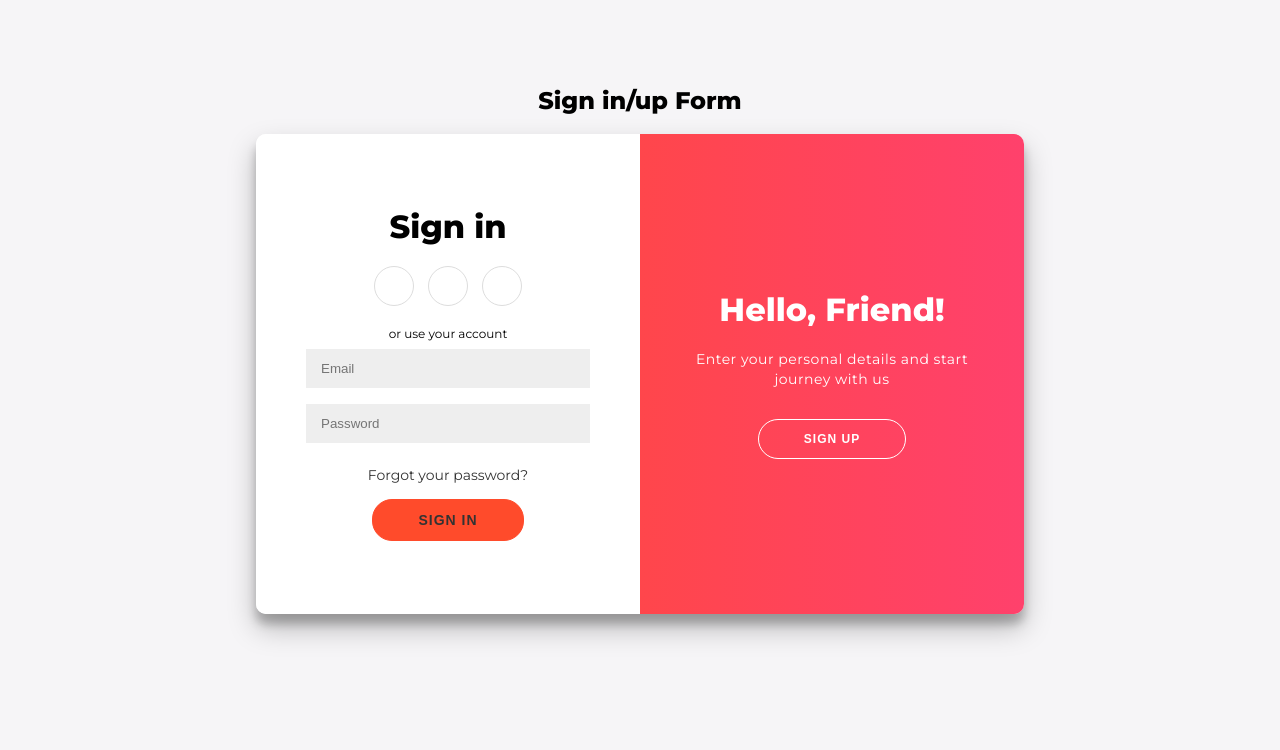
Repository: Qson412/BTL_Web
Page: test.html
The author's editor kept a copy of each file at every save. The page is drawn from the files as they stood at one save, then again after the next save.
The browser window is 1280 px wide. The pictures show the whole page.

Above is the page before, as saved 2021-12-02 01:08:25.

After the next save:
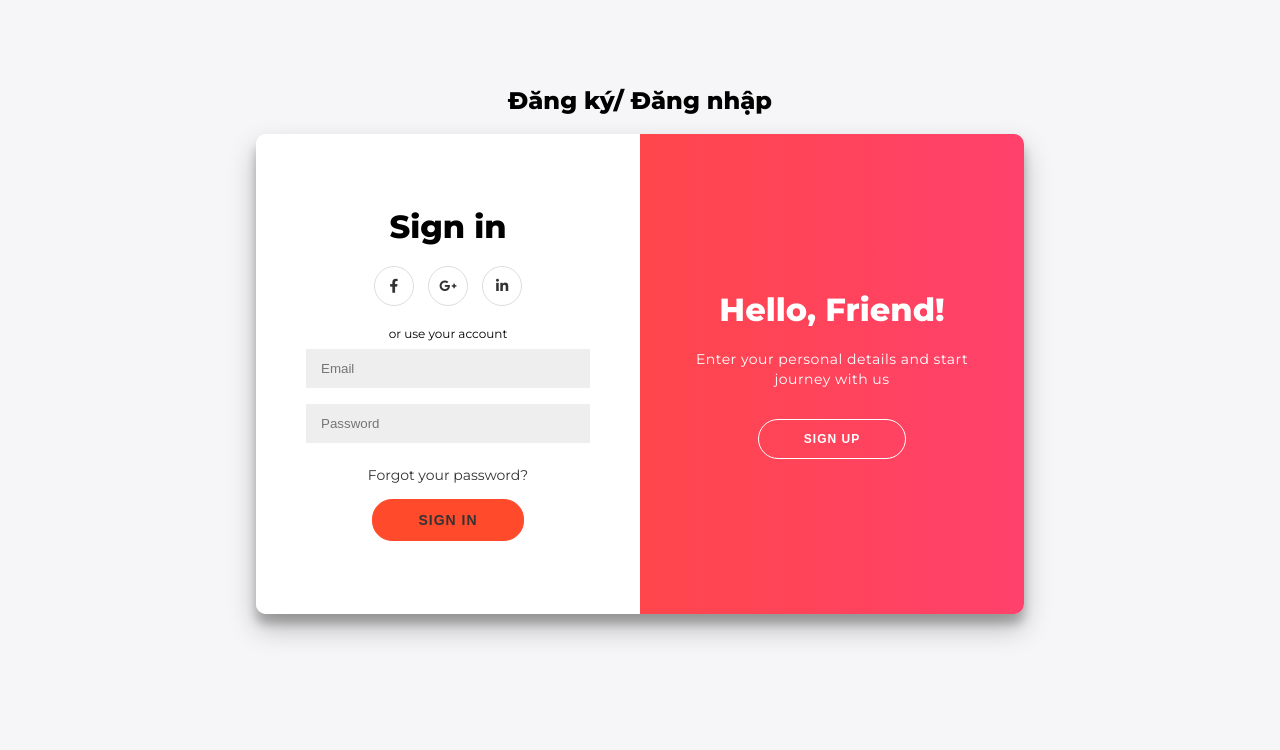
Saved 3 min 31 s later.
--- a/test.html
+++ b/test.html
@@ -6,10 +6,11 @@
     <meta name="viewport" content="width=device-width, initial-scale=1.0">
     <link rel="stylesheet" href="test.css">
     <link rel="stylesheet" href="main.css">
-    <title>SignUp/SignIn</title>
+    <link rel="stylesheet" href="./fontawesome-free-5.15.4-web/css/all.min.css">
+    <title>Đăng ký/Đăng nhập</title>
 </head>
 <body>
-    <h2>Sign in/up Form</h2>
+    <h2>Đăng ký/ Đăng nhập</h2>
     <div class="container" id="container">
         <div class="form-container sign-up-container">
             <form action="#">
